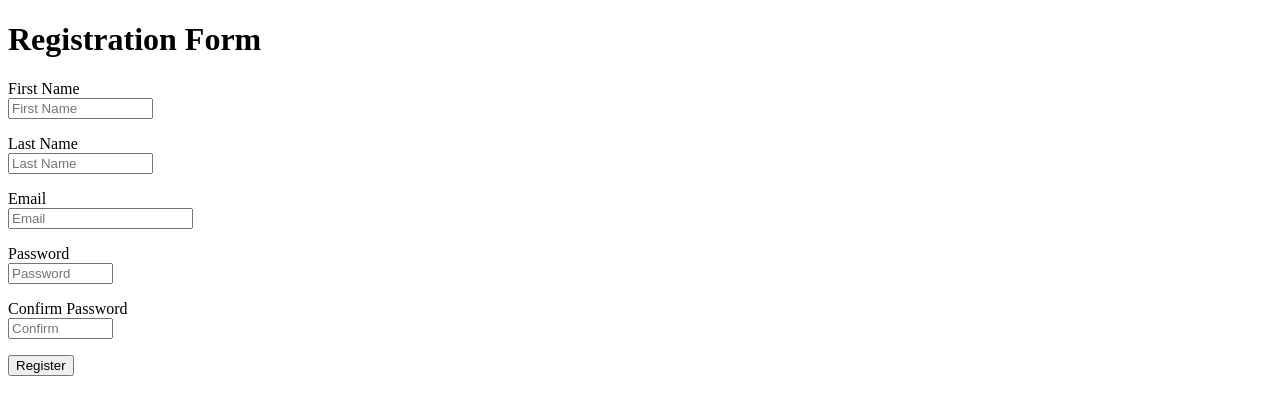
Repository: WillLiang918/Portfolio
Page: Task_Manager/WebContent/RegisterUser.html
These files come from the project's save history. The page is drawn as it stood at one moment and after the next save; the edit follows.
The browser window is 1280 px wide. The pictures show the whole page.

Above is the page before, as saved 2015-07-22 03:04:07.

After the next save:
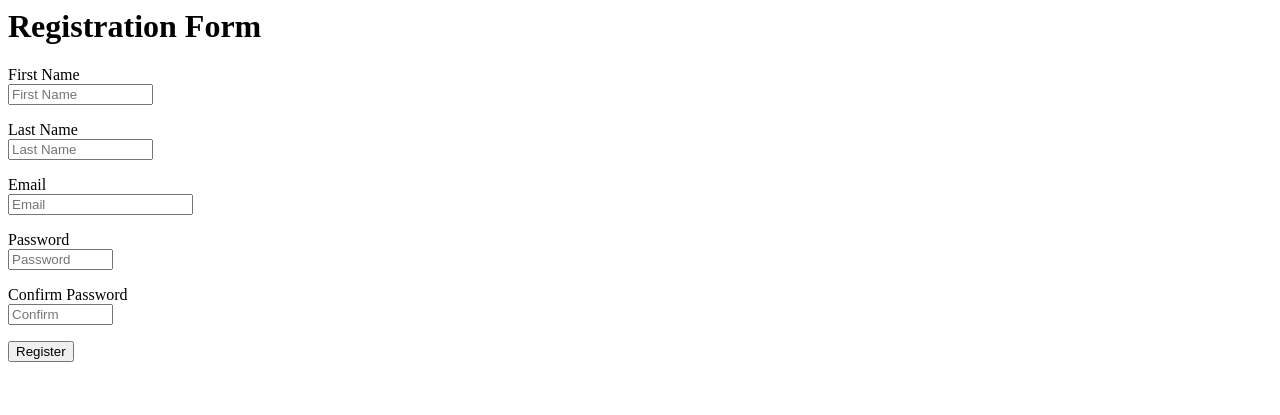
Saved 16 h 8 min later.
--- a/Task_Manager/WebContent/RegisterUser.html
+++ b/Task_Manager/WebContent/RegisterUser.html
@@ -1,4 +1,3 @@
-<!DOCTYPE html PUBLIC "-//W3C//DTD HTML 4.01 Transitional//EN" "http://www.w3.org/TR/html4/loose.dtd">
 <html>
 <head>
 <meta http-equiv="Content-Type" content="text/html; charset=ISO-8859-1">
